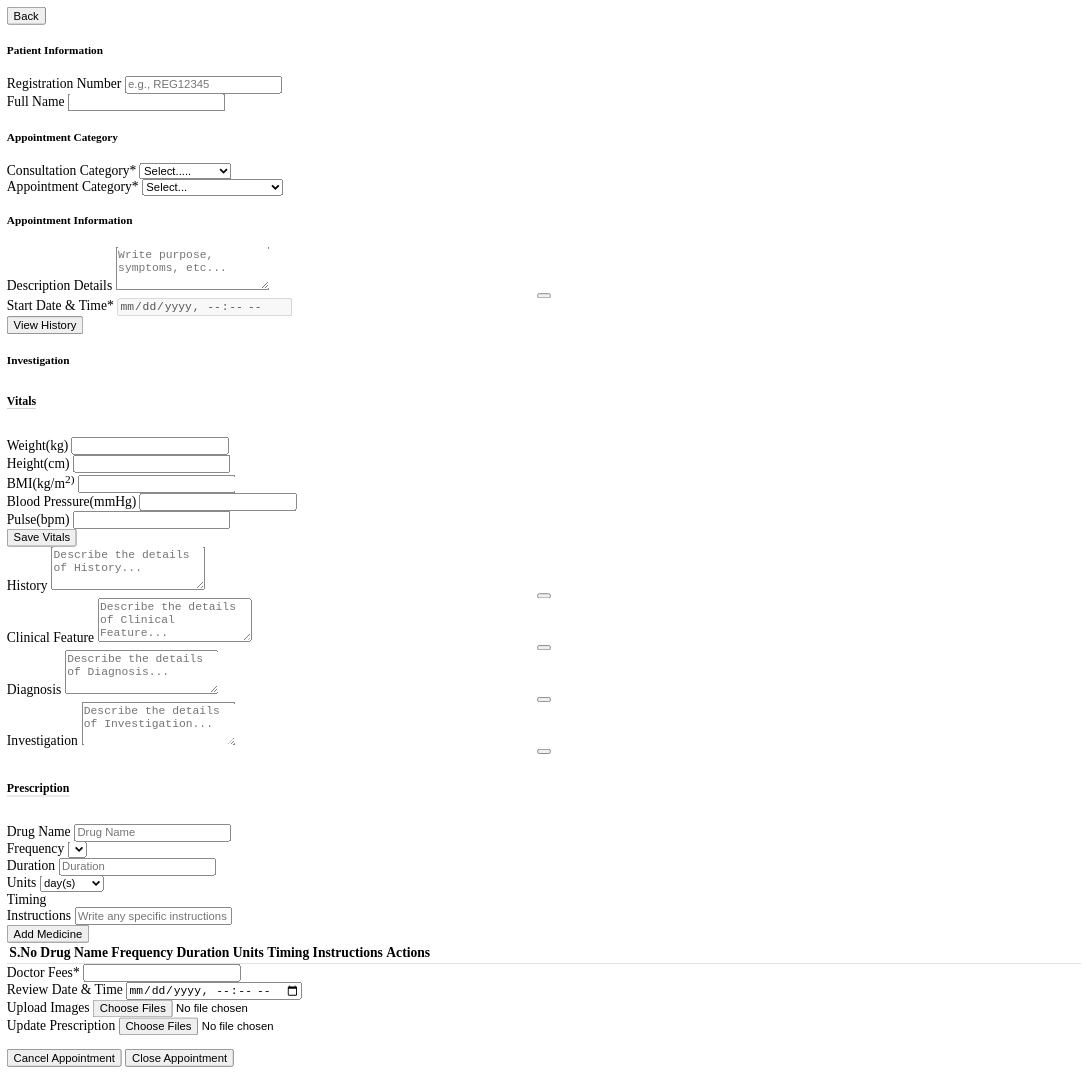
Repository: Pavira/Nithya-Clinic
Page: frontend/pages/appointments/edit_appointments.html
An editor plug-in stored every save of this project. The page is shown before and after the next save, followed by the edit.
The browser window is 1280 px wide. The pictures show the whole page, at 85% of full size.

Above is the page before, as saved 2025-08-23 08:33:26.

After the next save:
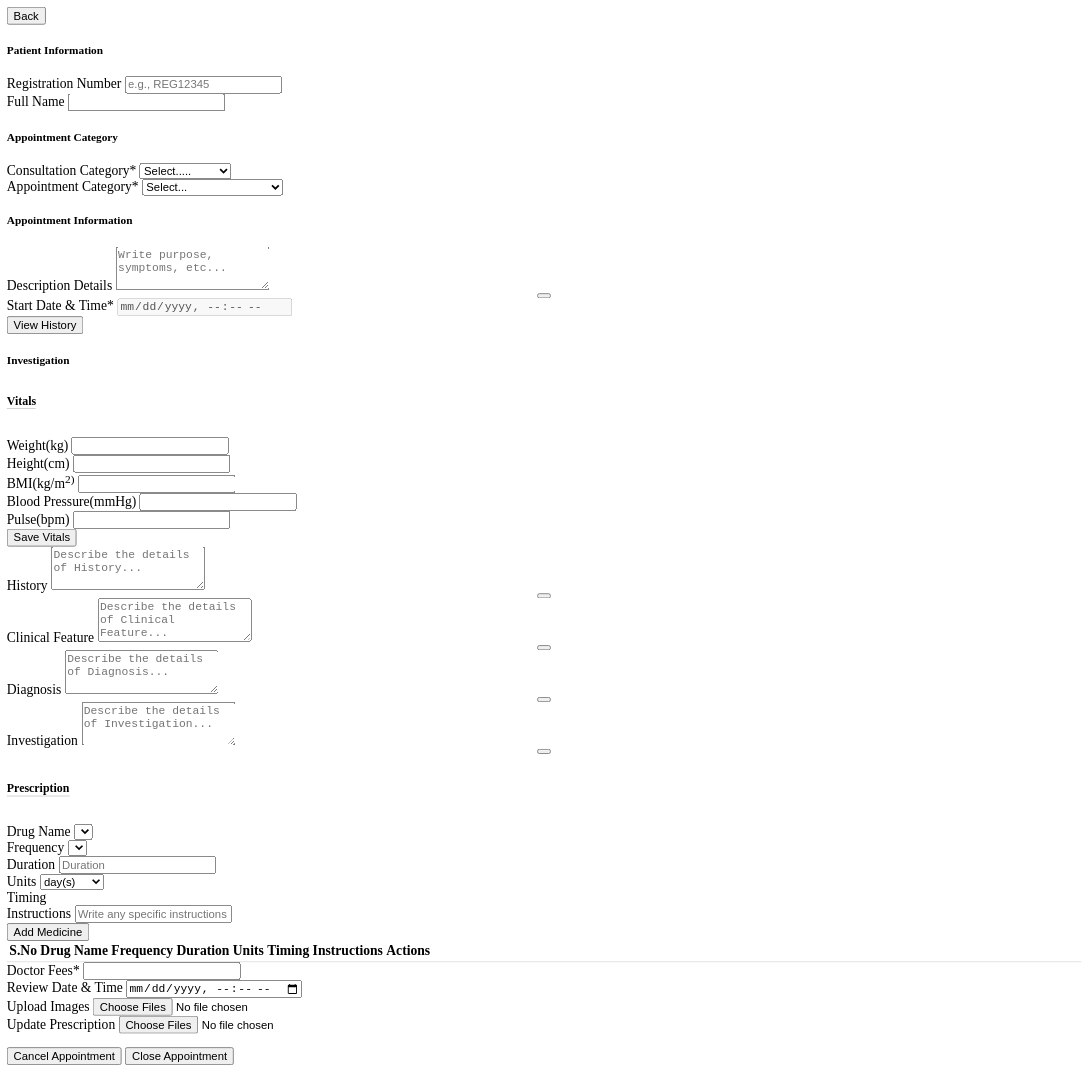
Saved 82 s later.
--- a/frontend/pages/appointments/edit_appointments.html
+++ b/frontend/pages/appointments/edit_appointments.html
@@ -202,10 +202,15 @@
             <h6 class="pb-2 mt-2" id="prescription_heading" style="border-bottom: 1px solid #ccc; width: max-content; font-size: 14px; font-weight: bold;"> Prescription </h6>
         </div>
 
-        <div class="col-md-3">
+        <!-- <div class="col-md-3">
           <label for="drug_name" id="drug_name_label" class="form-label">Drug Name</label>
           <input type="text" class="form-control" id="drug_name" list="drug_name_options" placeholder="Drug Name">
           <datalist id="drug_name_options"></datalist>
+        </div> -->
+        <div class="col-md-3">
+          <label for="drug_name" id="drug_name_label" class="form-label">Drug Name</label>
+          <select type="text" class="form-select" id="drug_name" list="drug_name_options">
+          </select>
         </div>
 
         <div class="col-md-3">
